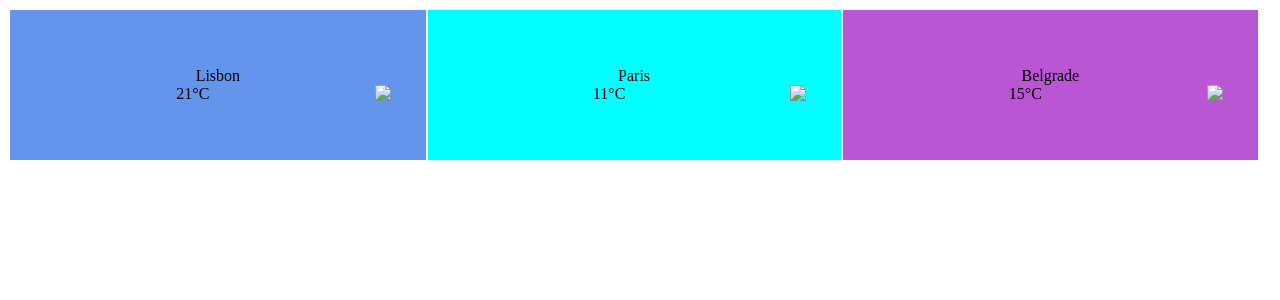
Repository: aysedo/html
Page: Week_2/index.html
An editor plug-in stored every save of this project. The page is shown before and after the next save, followed by the edit.
The browser window is 1280 px wide. The pictures show the whole page.

Above is the page before, as saved 2021-08-24 12:22:34.
Not found: Week_2/img.png
Not found: Week_2/sun.png

After the next save:
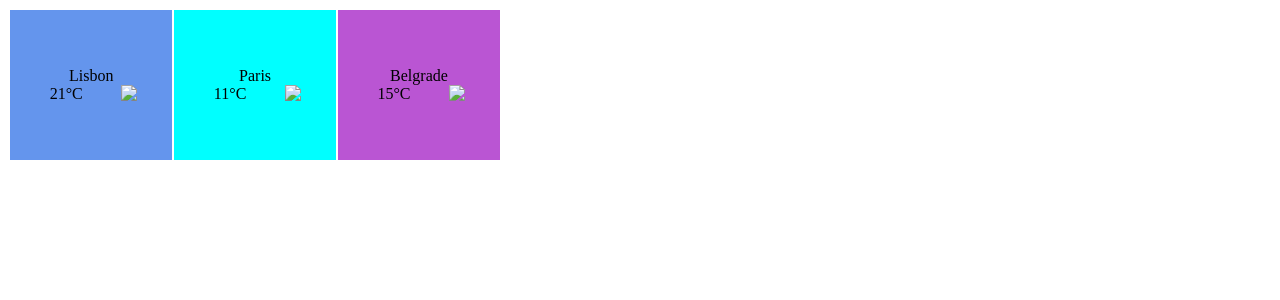
Saved 47 s later.
--- a/Week_2/index.html
+++ b/Week_2/index.html
@@ -7,7 +7,7 @@
     <title>Document</title>
   </head>
   <body>
-    <table width="100%">
+    <table width="500">
       <tr height="150">
         <td colspan="2" bgcolor="cornflowerblue" align="center">
           Lisbon <br />
